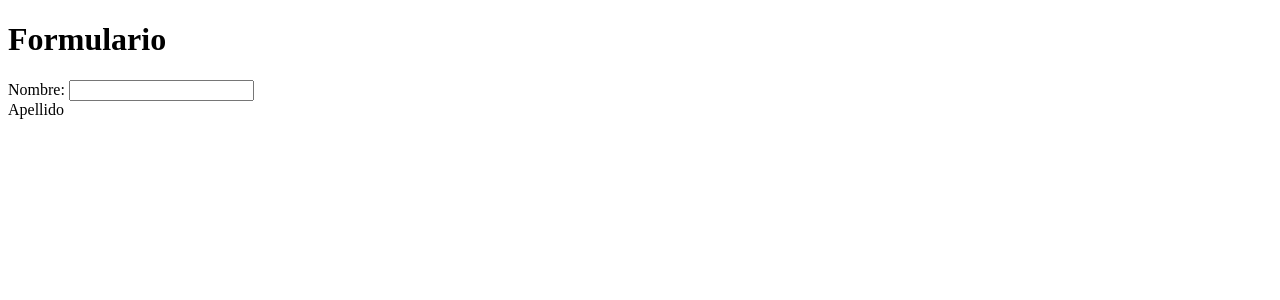
Repository: Pablosky971/Ejercicio-4.-Proyecto-Web
Page: 01_Web/src/main/webapp/formulario1.html
These files come from the project's save history. The page is drawn as it stood at one moment and after the next save; the edit follows.
The browser window is 1280 px wide. The pictures show the whole page.

Above is the page before, as saved 2022-03-10 09:34:42.

After the next save:
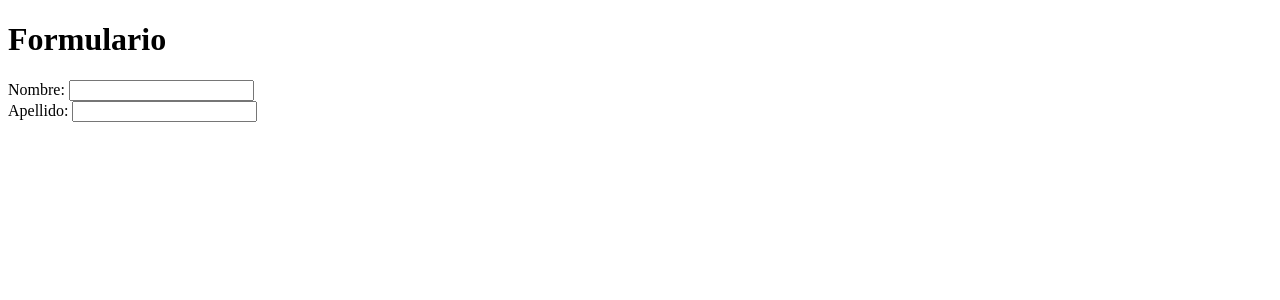
Saved 7 s later.
--- a/01_Web/src/main/webapp/formulario1.html
+++ b/01_Web/src/main/webapp/formulario1.html
@@ -10,7 +10,7 @@
 
 		Nombre: <input type="text" name="nombre">
 		<br/>
-		Apellido
+		Apellido: <input type
 	</form>
 </body>
 </html>
